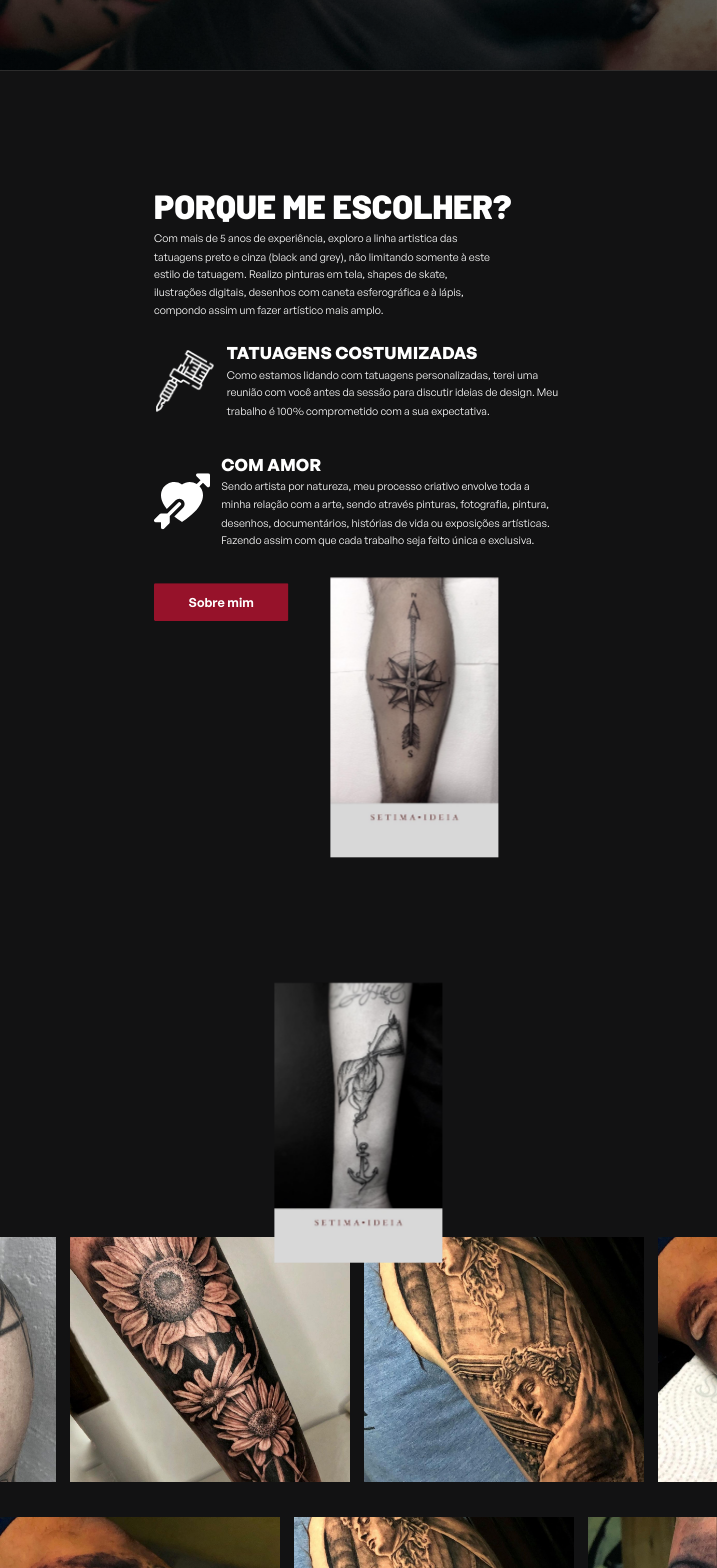
Repository: Leoka2000/S-tima-Ideia
Page: /
An editor plug-in stored every save of this project. The page is shown before and after the next save, followed by the edit.
The browser window is 1024 px wide. The pictures show the part of the page from y = 753 to 2993 px (the page is 8930 px tall), at 70% of full size.
Backgrounds fixed to the window are drawn as part of the page. The project was rebuilt for these pictures with package versions that can differ from the ones it lists, and the page was loaded fresh each time. Some packages were replaced by stand-ins written for this rebuild. Also part of the build but not shown: src/pages/main/instagram/instagram.css, src/pages/main/instagram/instagram.jsx, src/App.css, src/pages/portfolio/portfolio.css, src/data/database-common.js, src/pages/portfolio/loop-content.jsx, src/pages/portfolio/portfolio.jsx, src/pages/portfolio/index.jsx and 2 more. Imported but missing from the stored project, and not drawn on this page: src/assets/videos/cauan-video.mp4.

Above is the page before, as saved 2023-05-22 21:09:12.

After the next save:
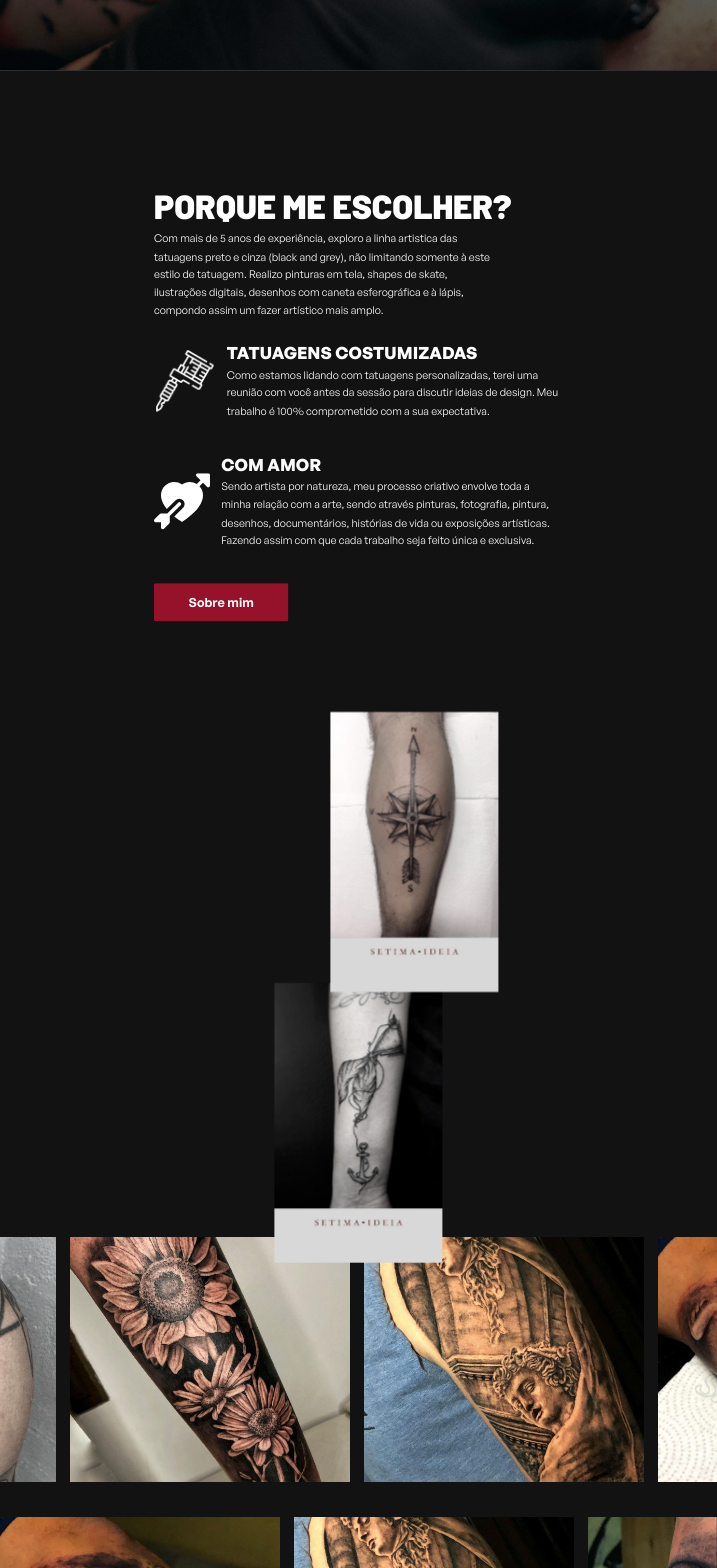
Saved 5 s later.
--- a/src/pages/main/about/about.css
+++ b/src/pages/main/about/about.css
@@ -181,7 +181,7 @@ color: #fff;
         background-image: url("../../../assets/images/about-img.jpg");
         z-index: 5;
         position: absolute;
-      top:-8rem;
+      top:4rem;
       height: 25rem;
       left: 10rem;
       width: 15rem;
